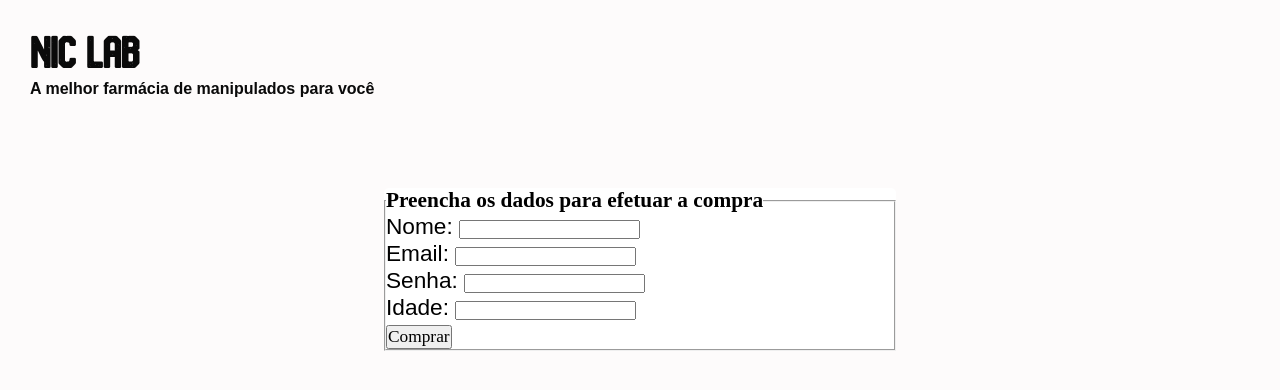
Repository: Leonngc/Lab
Page: comprar.html
These files come from the project's save history. The page is drawn as it stood at one moment and after a run of saves; the edit follows.
The browser window is 1280 px wide. The pictures show the whole page.

Above is the page before, as saved 2022-12-30 12:23:11.

### comprar.html
<!DOCTYPE html>
<html lang="en">
<head>
    <meta charset="UTF-8">
    <meta http-equiv="X-UA-Compatible" content="IE=edge">
    <meta name="viewport" content="width=device-width, initial-scale=1.0">
    <title>Nic Lab</title>
    <link rel="stylesheet" href="styles/pag-compra.css">
</head>
<body>
    <header id="tit">
        <h1 id="main">NIC LAB</h1>
        <h4 id="sub">A melhor farmácia de manipulados para você</h4>
    </header>
 <div id="formu">

     <form>
         <fieldset>
            <legend><h4>Preencha os dados para efetuar a compra</h4></legend>
            Nome:  <input id="nome" type="text"> <br>
            Email: <input type="email" name="" id="email"> <br>
            Senha: <input type="password" name="" id="senha"> <br>
            Idade: <input type="number" name="idade" id="idade"> <br>
            <input type="button" value="Comprar" id="compra" onclick="comprar()">
         </fieldset>

     </form>
 </div>
<script src="compra.js"></script>
</body>
</html>

### styles/pag-compra.css
@font-face {
    font-family: Safety;
    src: url(../fonts/No\ Safety\ Zone.ttf);
}

*{
    margin: 0;
    padding: 0;
    box-sizing: border-box;
}

header#tit{
    margin-left: 30px;
    margin-top: 30px;
    color: #0a0a0a;


}
h1{
    font-family: Safety;
    font-size: 32pt ;
}
h4#sub{
    font-family:Arial, Helvetica, sans-serif;
    font-size: 12pt;
}
h2#tit2{
    text-align: center;
    font-family: cursive;
}
body{
    background-color: #fdfbfb;
}

div#formu{
    background-color: #ffffff;
    font-size: 17pt;
    font-family: Arial, Helvetica, sans-serif;
    text-align: justify;
    margin: auto;
    margin-top: 90px;
    width: 40%;
    border-radius: 5px;

}
legend{
    font-size: 16pt;
    font-family: cursive;
}
input#compra{
    position: static;
    font-family: fantasy;
    font-size: 13pt;
}
input#nome{
    text-transform: capitalize;
}

### js/compra.js
function comprar(){
    let nome = document.getElementById('nome').value
    let idade = document.getElementById('idade').value
   if(idade < 18){
    alert('Infelizmente você não pode efetuar sua compra, pois você é menor de idade!')
   }else{
    window.location.href = "confirm.html"
    let res = document.getElementById('res')
    res.innerHTML = `${nome}, sua compra foi confirmada. agradecemos por confiar na <strong>Nic Lab</strong>`
}
}

After the next 3 saves:
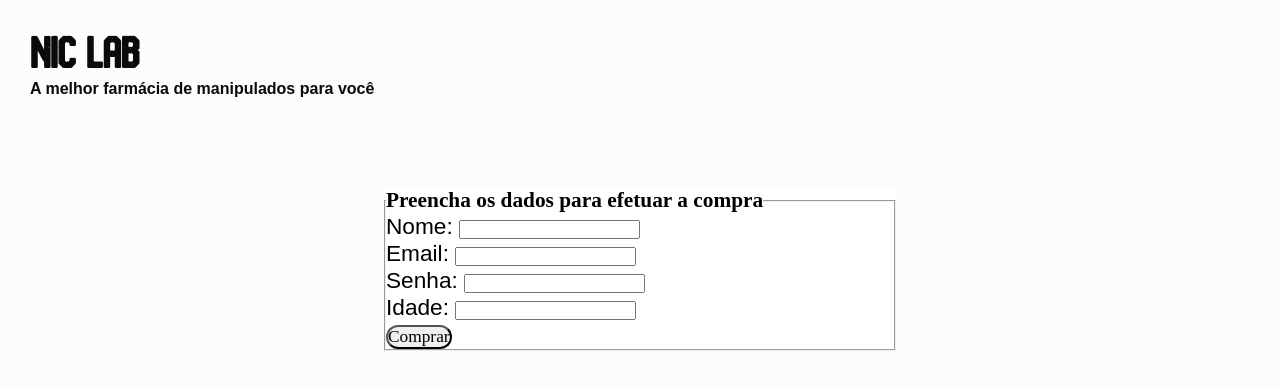
The 3 saves are shown as one change because they came seconds apart.
The last was saved 18 s later.
--- a/styles/pag-compra.css
+++ b/styles/pag-compra.css
@@ -48,7 +48,7 @@
     font-family: cursive;
 }
 input#compra{
-    position: static;
+    border-radius: 12px;
     font-family: fantasy;
     font-size: 13pt;
 }

After the 3 saves that followed:
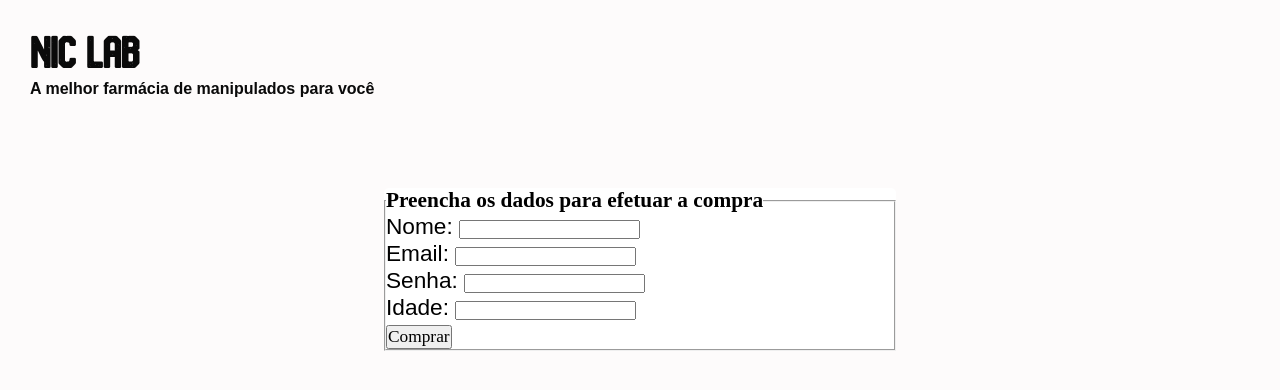
The 3 saves are shown as one change because 1 left the picture as it was and some came seconds apart.
The last was saved 16 s later.
--- a/styles/pag-compra.css
+++ b/styles/pag-compra.css
@@ -48,7 +48,7 @@
     font-family: cursive;
 }
 input#compra{
-    border-radius: 12px;
+    border-radius: ;
     font-family: fantasy;
     font-size: 13pt;
 }
